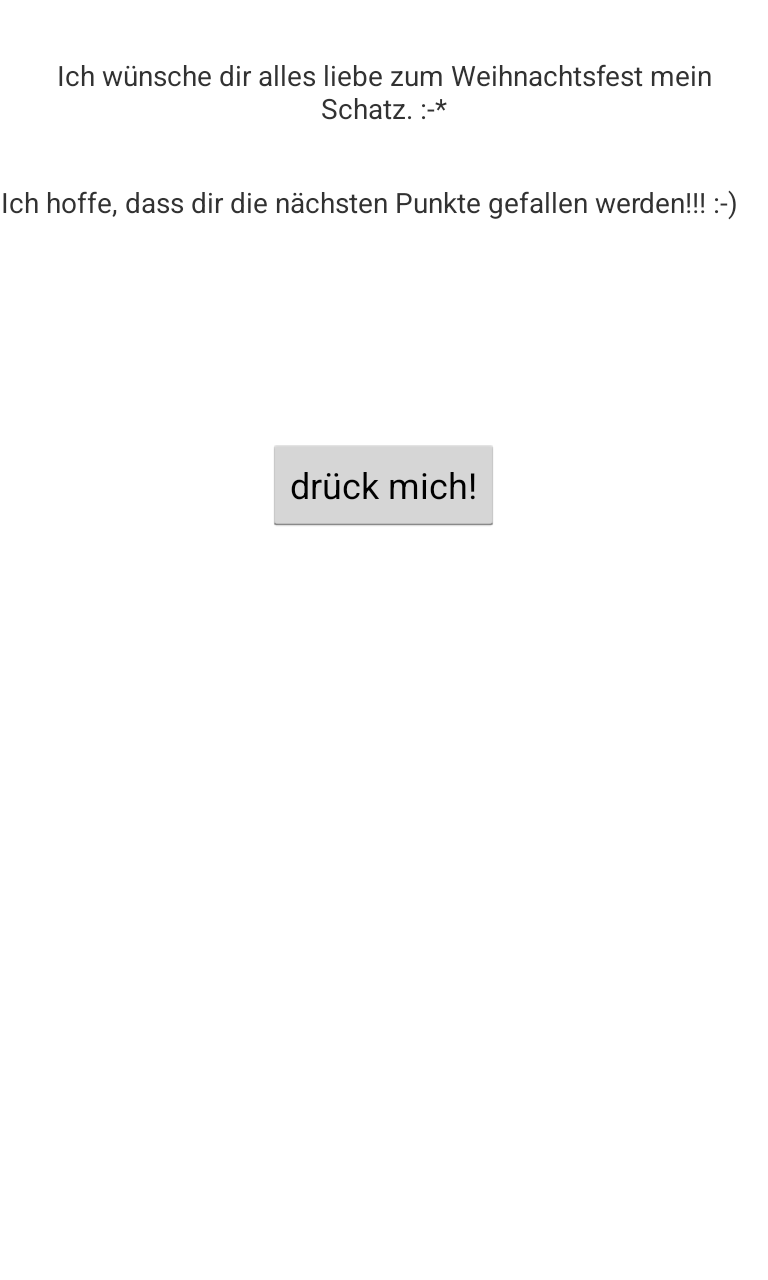
Repository: flashback2k12/ChristmasPresent
Layout: ChristmasPresent/res/layout/activity_main.xml
The author's editor kept a copy of each file at every save. The layout is drawn from the files as they stood at one save, then again after the next save.
It is drawn on a 768 x 1280 px phone screen (xhdpi) without system bars, with theme AppTheme; the app's code is not run.

Above is the layout before, as saved 2012-12-17 20:27:54.

### ChristmasPresent/res/layout/activity_main.xml
<RelativeLayout xmlns:android="http://schemas.android.com/apk/res/android"
    xmlns:tools="http://schemas.android.com/tools"
    android:layout_width="match_parent"
    android:layout_height="match_parent" >

    <TextView
        android:id="@+id/textView2"
        android:layout_width="wrap_content"
        android:layout_height="wrap_content"
        android:layout_alignParentLeft="true"
        android:layout_alignParentTop="true"
        android:layout_marginTop="20dp"
        android:gravity="center"
        android:padding="@dimen/padding_medium"
        android:text="@string/hello_schatz_z1"
        tools:context=".MainActivity" />

    <TextView
        android:id="@+id/textView1"
        android:layout_width="wrap_content"
        android:layout_height="wrap_content"
        android:layout_alignParentLeft="true"
        android:layout_below="@+id/textView2"
        android:layout_marginTop="20dp"
        android:gravity="center"
        android:text="@string/hello_schatz_z2" />

    <Button
        android:id="@+id/button1"
        android:layout_width="wrap_content"
        android:layout_height="wrap_content"
        android:layout_below="@+id/textView1"
        android:layout_centerHorizontal="true"
        android:layout_marginTop="108dp"
        android:text="@string/button_first_act"
        android:onClick="FirstActivity" />

</RelativeLayout>

### ChristmasPresent/res/values/strings.xml
<?xml version="1.0" encoding="utf-8"?>
<resources>

    <string name="app_name">Weihnachtsgeschenk</string>
    <string name="hello_schatz_z1">Ich wünsche dir alles liebe zum Weihnachtsfest mein Schatz. :-* </string>
    <string name="hello_schatz_z2">Ich hoffe, dass dir die nächsten Punkte gefallen werden!!! :-)</string><string name="menu_settings">Menü</string>
    <string name="title_activity_main">Weihnachtsgeschenk</string>

    <string name="button_first_act">drück mich!</string>

</resources>

Loaded but not shown: ChristmasPresent/res/values-v11/styles.xml (common file); ChristmasPresent/res/values-v14/styles.xml (common file); ChristmasPresent/res/values/styles.xml (common file); ChristmasPresent/res/values/dimens.xml (common file)

After the next save:
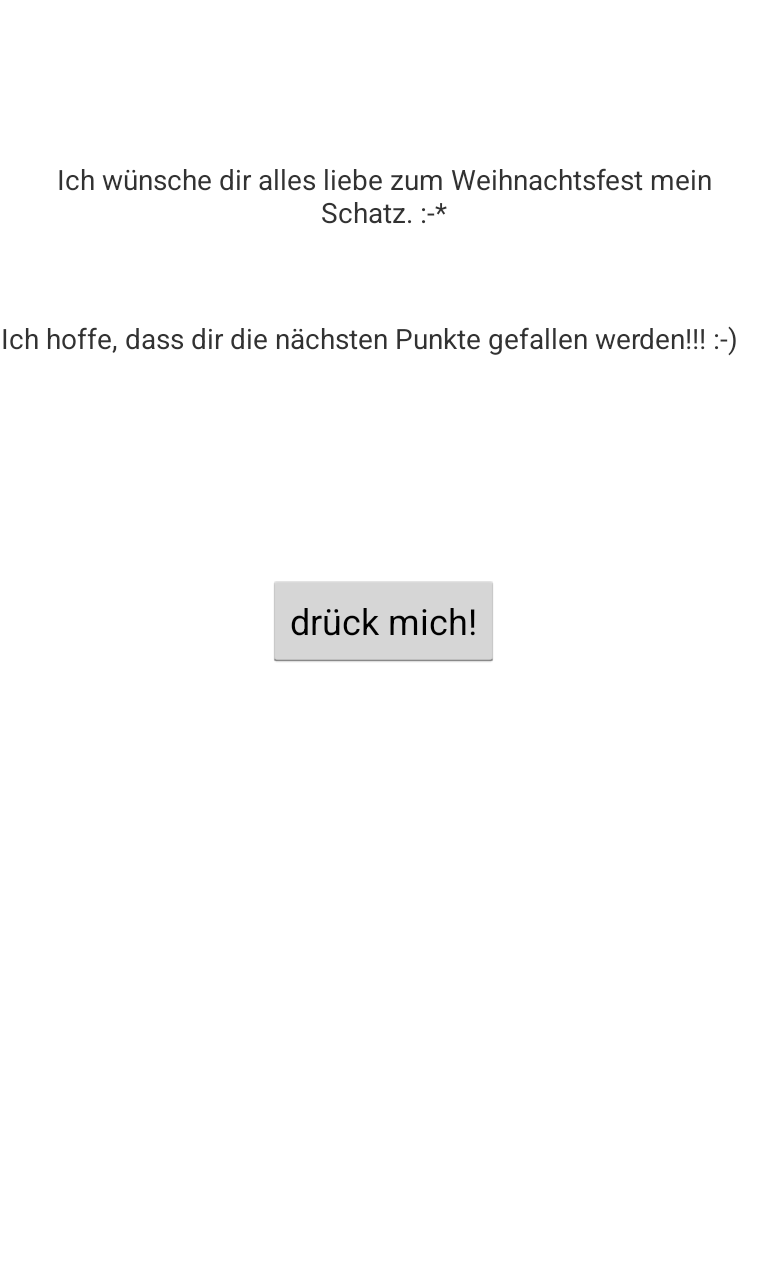
Saved 98 s later.
--- a/ChristmasPresent/res/layout/activity_main.xml
+++ b/ChristmasPresent/res/layout/activity_main.xml
@@ -2,6 +2,16 @@
     xmlns:tools="http://schemas.android.com/tools"
     android:layout_width="match_parent"
     android:layout_height="match_parent" >
+
+    <Button
+        android:id="@+id/button1"
+        android:layout_width="wrap_content"
+        android:layout_height="wrap_content"
+        android:layout_below="@+id/textView1"
+        android:layout_centerHorizontal="true"
+        android:layout_marginTop="108dp"
+        android:text="@string/button_first_act"
+        android:onClick="FirstActivity" />
 
     <TextView
         android:id="@+id/textView2"
@@ -9,7 +19,7 @@
         android:layout_height="wrap_content"
         android:layout_alignParentLeft="true"
         android:layout_alignParentTop="true"
-        android:layout_marginTop="20dp"
+        android:layout_marginTop="72dp"
         android:gravity="center"
         android:padding="@dimen/padding_medium"
         android:text="@string/hello_schatz_z1"
@@ -21,18 +31,8 @@
         android:layout_height="wrap_content"
         android:layout_alignParentLeft="true"
         android:layout_below="@+id/textView2"
-        android:layout_marginTop="20dp"
+        android:layout_marginTop="36dp"
         android:gravity="center"
         android:text="@string/hello_schatz_z2" />
 
-    <Button
-        android:id="@+id/button1"
-        android:layout_width="wrap_content"
-        android:layout_height="wrap_content"
-        android:layout_below="@+id/textView1"
-        android:layout_centerHorizontal="true"
-        android:layout_marginTop="108dp"
-        android:text="@string/button_first_act"
-        android:onClick="FirstActivity" />
-
 </RelativeLayout>
